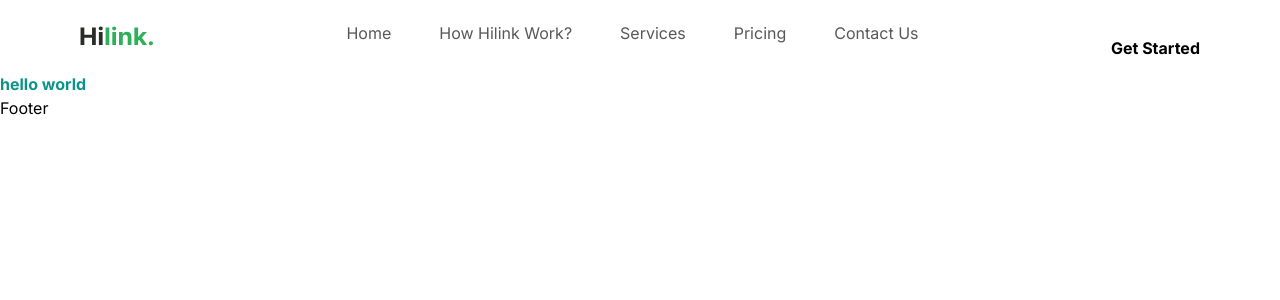
Repository: martin-raphael/travel_agency
Page: /
The author's editor kept a copy of each file at every save. The page is drawn from the files as they stood at one save, then again after the next save.
The browser window is 1280 px wide. The pictures show the whole page.
The project was rebuilt for these pictures with package versions that can differ from the ones it lists, and the page was loaded fresh each time. The framework's server and built-in components were replaced by stand-ins that run in the browser. Also part of the build but not shown: next.config.mjs.

Above is the page before, as saved 2024-08-08 17:07:39.

### app/layout.tsx
import type { Metadata } from "next";
import Navbar from "@/components/Navbar";
import Footer from "@/components/Footer";
import "./globals.css";

export const metadata: Metadata = {
  title: "Travel App",
  description: "Beauty of Nature",
};

export default function RootLayout({
  children,
}: Readonly<{
  children: React.ReactNode;
}>) {
  return (
    <html lang="en">
      <body>
        <Navbar />
        <main className="relative overflow-hidden">{children}</main>
        <Footer />
      </body>
    </html>
  );
}

### app/page.tsx
export default function Home() {
  return (
  <h1 className="font-bold text-teal-600">
    hello world
    </h1>
  );
}

### components/Navbar.tsx
import { NAV_LINKS } from "@/constants";
import Image from "next/image";
import Link from "next/link";
import React from "react";
import Button from "./button";

const Navbar = () => {
  return (
    <nav className=" flexBetween max-container padding-container relative z-30 py-3">
        <Link href="/">
        <Image src="/hilink-logo.svg" alt="logo" width={74} height={29}/>
        </Link>
        <ul className="hidden h-full gap-12 lg:flex">

           {NAV_LINKS.map((link) =>(
               <Link href={link.href} key={link.key} className="regular-16 text-gray-50 flexCenter cursor-pointer pb-1.5 transition-all hover:font-bold">
                   {link.label}
               </Link>
           ))}

       </ul>

       <div className=" lg:flexCenter hidden">
        <Button
        type="button"
        title="Get Started"
        icon="/user.svg"
        variant="btn_dark_green"/>
       </div>
    </nav>
  );
};

export default Navbar;

### components/button.tsx
import Image from 'next/image';
import React from 'react'

type ButtonProps = {
    type: 'button'| 'submit';
    title: string;
    icon?: string;
    variant?: 'btn_dark_green' ;
}

const Button = ({type, title, icon, variant}: ButtonProps) => {
  return (
    <button type={type} >
        {icon && <Image src={icon} alt={title} width={24} height={24}/>}
        <label className='bold-16 whitespace-nowrap'>{title}</label>
    </button>
  )
}

export default Button

Loaded but not shown: components/Footer.tsx (common file); app/globals.css (common file); constants/index.ts (common file); tailwind.config.ts (common file)

After the next save:
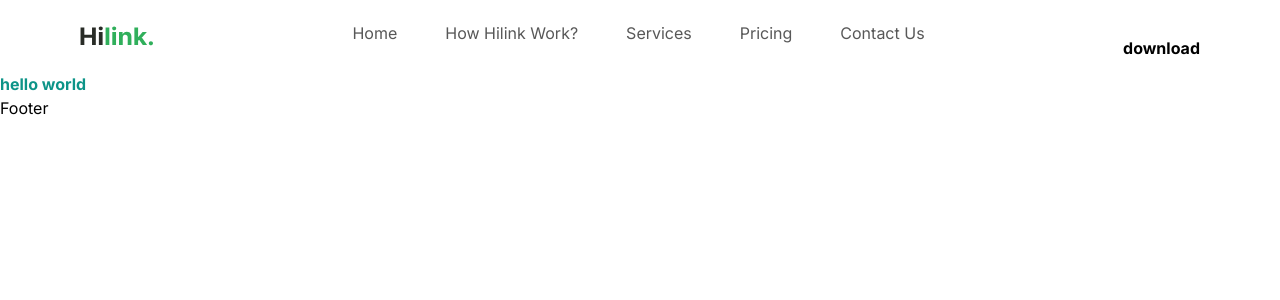
Saved 24 s later.
--- a/components/Navbar.tsx
+++ b/components/Navbar.tsx
@@ -23,7 +23,7 @@ const Navbar = () => {
        <div className=" lg:flexCenter hidden">
         <Button
         type="button"
-        title="Get Started"
+        title="download"
         icon="/user.svg"
         variant="btn_dark_green"/>
        </div>

After the save that followed:
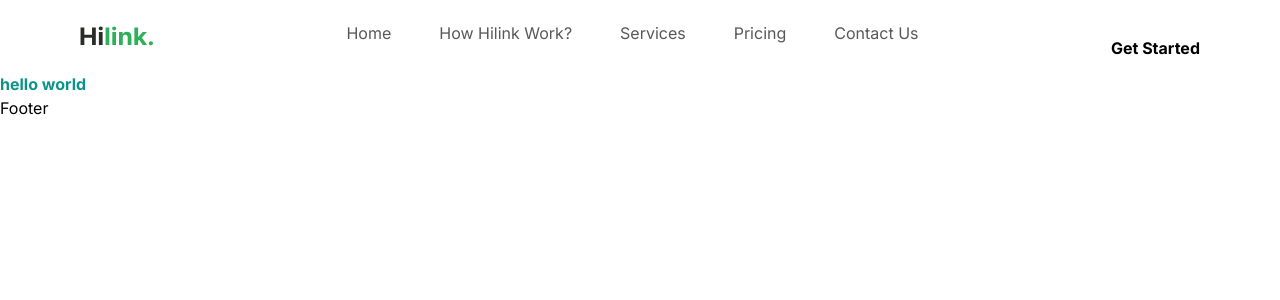
Saved 3 min 22 s later.
--- a/components/Navbar.tsx
+++ b/components/Navbar.tsx
@@ -23,7 +23,7 @@ const Navbar = () => {
        <div className=" lg:flexCenter hidden">
         <Button
         type="button"
-        title="download"
+        title="Get Started"
         icon="/user.svg"
         variant="btn_dark_green"/>
        </div>
